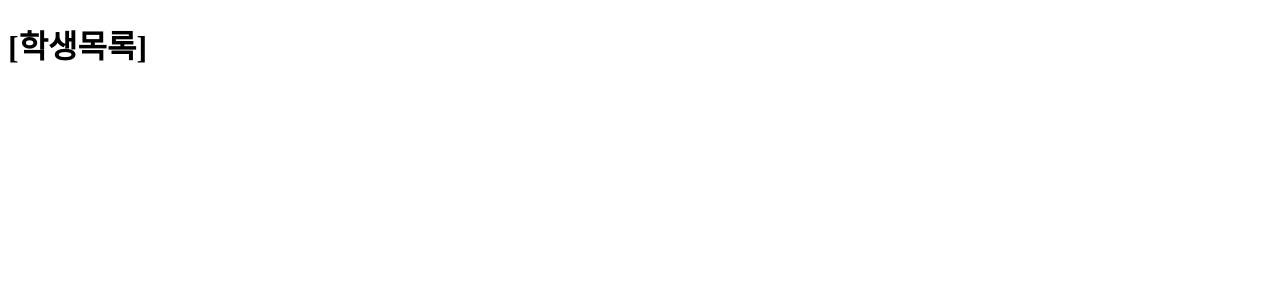
Repository: odasd/Ark-html
Page: http://localhost/ex01/students/list.jsp
These files come from the project's save history. The page is drawn as it stood at one moment and after the next save; the edit follows.
The browser window is 1280 px wide. The pictures show the whole page.
The page is served by Tomcat 9.

Above is the page before, as saved 2020-04-27 04:56:00.

After the next save:
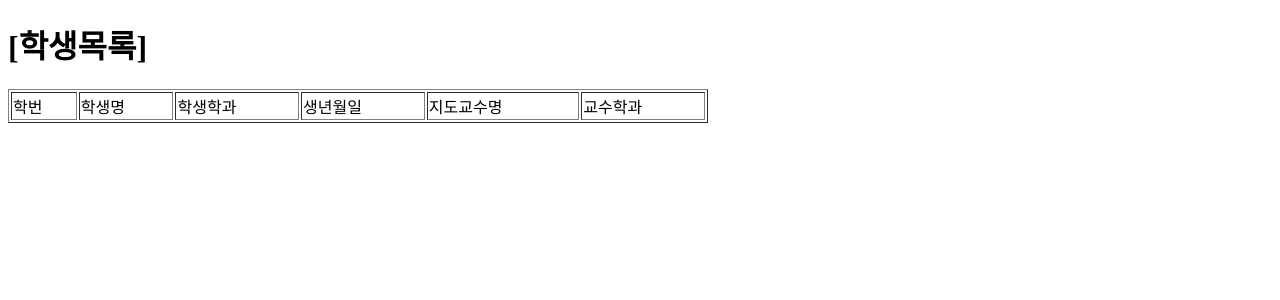
Saved 2 min 2 s later.
--- a/20200427/ex01/WebContent/students/list.jsp
+++ b/20200427/ex01/WebContent/students/list.jsp
@@ -9,5 +9,15 @@
 </head>
 <body>
 	<h1>[학생목록]</h1>
+	<table width=700 border=1>
+		<tr>
+			<td>학번</td>
+			<td>학생명</td>
+			<td>학생학과</td>
+			<td>생년월일</td>
+			<td>지도교수명</td>
+			<td>교수학과</td>
+		</tr>
+	</table>
 </body>
 </html>
